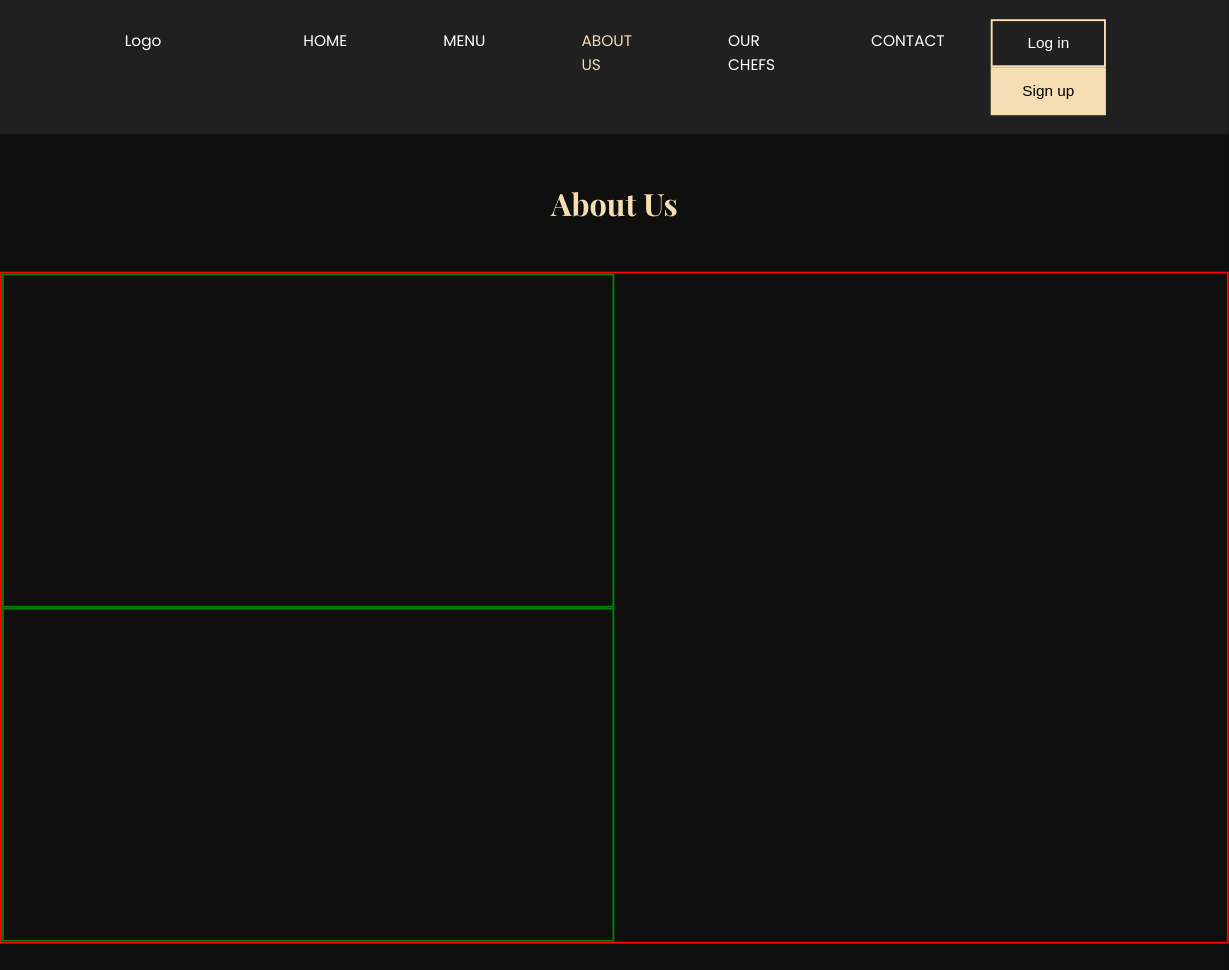
Repository: ThisIsSahaj/NSP
Page: about.html
These files come from the project's save history. The page is drawn as it stood at one moment and after the next save; the edit follows.
The browser window is 1280 px wide. The pictures show the whole page, at 96% of full size.

Above is the page before, as saved 2023-12-26 22:10:40.

After the next save:
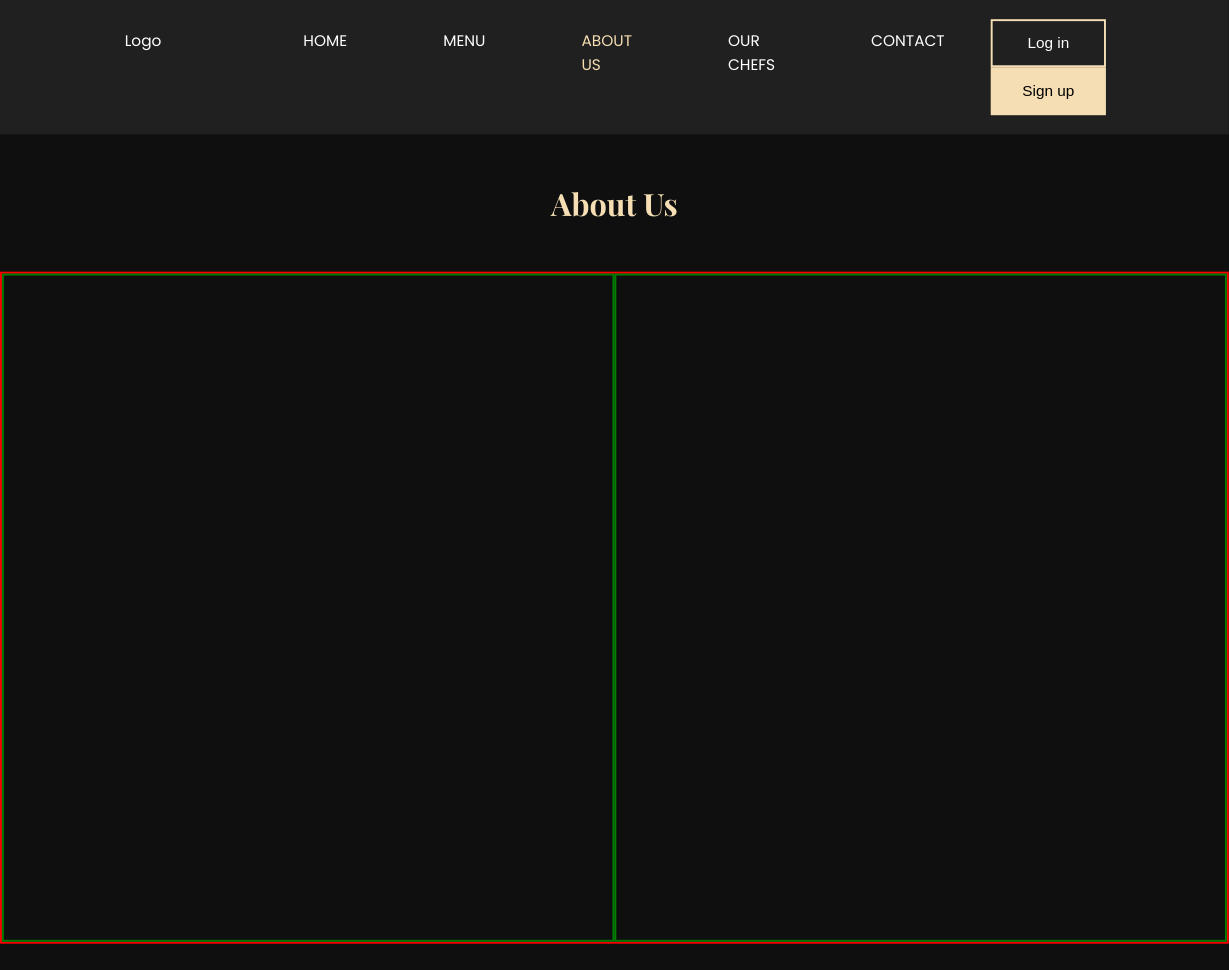
Saved 8 s later.
--- a/style.css
+++ b/style.css
@@ -178,7 +178,7 @@ align-items: center;
     height: 700px;
     border: 2px solid red;
     display: flex;
-    flex-direction: column;
+    flex-direction: row;
     justify-content: center;
  }
 
